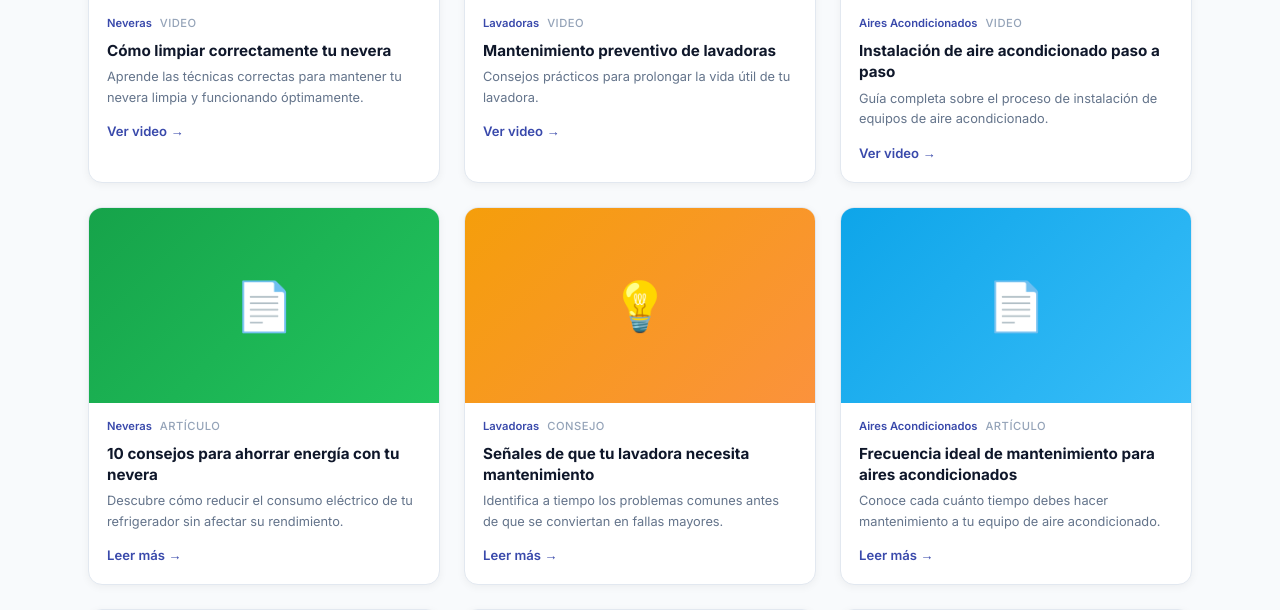
Repository: josuecadena337-hue/serviciotech-larevel-
Page: http://localhost/multimedia
These files come from the project's save history. The page is drawn as it stood at one moment and after a run of saves; the edit follows.
The browser window is 1280 px wide. The pictures show the part of the page from y = 468 to 1078 px (the page is 1809 px tall).
Pictures or frames that could not be fetched are drawn as grey boxes. The page is served by the project's Laravel application, run on PHP 8.4 with Laravel 12. Other server files are loaded and not shown.

Above is the page before, as saved 2026-08-20 12:09:39.

### resources/views/multimedia.blade.php
<!DOCTYPE html>
<html lang="es">
<head>
    <meta charset="UTF-8">
    <meta name="viewport" content="width=device-width, initial-scale=1.0">
    <title>Multimedia — ServicioTech</title>
    <link href="https://fonts.googleapis.com/css2?family=Inter:wght@400;500;600;700;800&display=swap" rel="stylesheet">
    <style>
        * { margin: 0; padding: 0; box-sizing: border-box; }
        body { font-family: 'Inter', sans-serif; color: #1e293b; background: #f8fafc; }

        /* NAVBAR */
        .navbar { background: white; padding: 0 48px; display: flex; align-items: center; justify-content: space-between; height: 64px; border-bottom: 1px solid #e2e8f0; position: sticky; top: 0; z-index: 100; box-shadow: 0 1px 8px rgba(0,0,0,0.06); }
        .navbar-brand { display: flex; align-items: center; gap: 10px; text-decoration: none; }
        .brand-icon { background: #1a237e; color: #f59e0b; width: 36px; height: 36px; border-radius: 8px; display: flex; align-items: center; justify-content: center; font-size: 1.1rem; }
        .brand-text h2 { color: #1a237e; font-size: 1rem; font-weight: 700; line-height: 1.1; }
        .brand-text p  { color: #64748b; font-size: 0.68rem; }
        .navbar-links { display: flex; align-items: center; gap: 32px; list-style: none; }
        .navbar-links a { color: #475569; text-decoration: none; font-size: 0.875rem; font-weight: 500; transition: color 0.2s; }
        .navbar-links a:hover { color: #1a237e; }
        .navbar-links a.active { color: #1a237e; font-weight: 700; }
        .navbar-actions { display: flex; gap: 10px; align-items: center; }
        .btn-login { padding: 8px 20px; border: 1.5px solid #1a237e; border-radius: 8px; color: #1a237e; background: transparent; font-size: 0.8rem; font-weight: 600; text-decoration: none; display: flex; align-items: center; gap: 6px; transition: all 0.2s; }
        .btn-login:hover { background: #eff6ff; }
        .btn-register { padding: 8px 20px; background: #f59e0b; border-radius: 8px; color: white; font-size: 0.8rem; font-weight: 700; text-decoration: none; transition: all 0.2s; }
        .btn-register:hover { background: #d97706; }

        /* CONTENIDO */
        .page-content { padding: 48px; max-width: 1200px; margin: 0 auto; }
        .section-title { text-align: center; margin-bottom: 32px; }
        .section-title h2 { font-size: 2rem; font-weight: 800; color: #0f172a; margin-bottom: 6px; }
        .section-title p  { color: #64748b; font-size: 0.95rem; }

        /* FILTROS */
        .filter-bar { display: flex; align-items: center; gap: 10px; margin-bottom: 32px; flex-wrap: wrap; }
        .filter-bar span { font-size: 0.875rem; font-weight: 600; color: #374151; margin-right: 4px; }
        .pill-btn { padding: 7px 18px; border-radius: 20px; border: 1.5px solid #e2e8f0; background: white; color: #475569; font-size: 0.82rem; font-weight: 500; cursor: pointer; font-family: 'Inter', sans-serif; transition: all 0.2s; }
        .pill-btn:hover { border-color: #3949ab; color: #3949ab; }
        .pill-btn.active { background: #3949ab; color: white; border-color: #3949ab; font-weight: 600; }

        /* GRID */
        .media-grid { display: grid; grid-template-columns: repeat(3, 1fr); gap: 24px; }

        /* VIDEO CARD */
        .media-card { background: white; border-radius: 14px; overflow: hidden; border: 1px solid #e2e8f0; box-shadow: 0 2px 8px rgba(0,0,0,0.05); transition: transform 0.2s, box-shadow 0.2s; }
        .media-card:hover { transform: translateY(-4px); box-shadow: 0 8px 24px rgba(0,0,0,0.1); }
        .media-card.hidden { display: none; }

        /* THUMBNAIL clicable */
        .video-thumb {
            position: relative;
            cursor: pointer;
            overflow: hidden;
            background: #0f172a;
            height: 195px;
        }
        .video-thumb img {
            width: 100%; height: 100%;
            object-fit: cover;
            transition: transform 0.3s;
        }
        .video-thumb:hover img { transform: scale(1.05); }
        .play-overlay {
            position: absolute; inset: 0;
            display: flex; align-items: center; justify-content: center;
            background: rgba(0,0,0,0.3);
            transition: background 0.2s;
        }
        .video-thumb:hover .play-overlay { background: rgba(0,0,0,0.5); }
        .play-btn {
            width: 54px; height: 54px;
            background: white;
            border-radius: 50%;
            display: flex; align-items: center; justify-content: center;
            font-size: 1.2rem;
            box-shadow: 0 4px 16px rgba(0,0,0,0.4);
            transition: transform 0.2s;
        }
        .video-thumb:hover .play-btn { transform: scale(1.1); }
        .duration-badge {
            position: absolute; bottom: 10px; right: 12px;
            background: rgba(0,0,0,0.8);
            color: white; font-size: 0.72rem; font-weight: 600;
            padding: 2px 8px; border-radius: 4px;
        }

        /* ARTICLE THUMB */
        .article-thumb { height: 195px; display: flex; align-items: center; justify-content: center; font-size: 3rem; }

        /* CARD BODY */
        .card-body { padding: 16px 18px 20px; }
        .card-tags { display: flex; gap: 8px; align-items: center; margin-bottom: 10px; }
        .tag-cat { font-size: 0.7rem; font-weight: 600; color: #3949ab; }
        .tag-type { font-size: 0.7rem; font-weight: 500; color: #94a3b8; text-transform: uppercase; letter-spacing: 0.5px; }
        .card-body h3 { font-size: 0.95rem; font-weight: 700; color: #0f172a; margin-bottom: 6px; line-height: 1.4; }
        .card-body p  { font-size: 0.8rem; color: #64748b; line-height: 1.6; margin-bottom: 12px; }
        .card-link { font-size: 0.82rem; font-weight: 600; color: #3949ab; text-decoration: none; cursor: pointer; transition: color 0.2s; background: none; border: none; font-family: 'Inter', sans-serif; padding: 0; }
        .card-link:hover { color: #1a237e; }

        /* MODAL */
        .modal-overlay {
            display: none;
            position: fixed; inset: 0;
            background: rgba(0,0,0,0.85);
            z-index: 1000;
            align-items: center;
            justify-content: center;
        }
        .modal-overlay.open { display: flex; }
        .modal-box {
            background: black;
            border-radius: 12px;
            overflow: hidden;
            width: 90%;
            max-width: 860px;
            position: relative;
        }
        .modal-close {
            position: absolute; top: 12px; right: 16px;
            color: white; font-size: 1.8rem;
            cursor: pointer; z-index: 10;
            background: rgba(0,0,0,0.5);
            border: none; border-radius: 50%;
            width: 36px; height: 36px;
            display: flex; align-items: center; justify-content: center;
            line-height: 1;
            font-family: sans-serif;
        }
        .modal-close:hover { background: rgba(255,255,255,0.2); }
        .modal-iframe {
            width: 100%;
            aspect-ratio: 16/9;
            border: none;
        }

        /* FOOTER */
        footer { background: #1e293b; color: white; padding: 48px 48px 24px; margin-top: 60px; }
        .footer-grid { display: grid; grid-template-columns: 2fr 1fr 1fr; gap: 48px; margin-bottom: 36px; }
        .footer-brand h3 { font-size: 1.1rem; font-weight: 700; margin-bottom: 10px; }
        .footer-brand p  { color: rgba(255,255,255,0.55); font-size: 0.82rem; line-height: 1.7; }
        .footer-col h4   { font-size: 0.9rem; font-weight: 700; margin-bottom: 16px; }
        .footer-col ul   { list-style: none; display: flex; flex-direction: column; gap: 10px; }
        .footer-col ul li { color: rgba(255,255,255,0.6); font-size: 0.82rem; display: flex; align-items: center; gap: 8px; }
        .footer-bottom { border-top: 1px solid rgba(255,255,255,0.1); padding-top: 20px; text-align: center; color: rgba(255,255,255,0.4); font-size: 0.78rem; }
    </style>
</head>
<body>

{{-- NAVBAR --}}
<nav class="navbar">
    <a href="{{ route('inicio') }}" class="navbar-brand">
        <div class="brand-icon">🔧</div>
        <div class="brand-text">
            <h2>ServicioTech</h2>
            <p>Reparación de Electrodomésticos</p>
        </div>
    </a>
    <ul class="navbar-links">
        <li><a href="{{ route('inicio') }}">Inicio</a></li>
        <li><a href="{{ route('servicios') }}">Servicios</a></li>
        <li><a href="{{ route('multimedia') }}" class="active">Multimedia</a></li>
        <li><a href="{{ route('contacto') }}">Contacto</a></li>
    </ul>
    <div class="navbar-actions">
        <a href="{{ route('login') }}" class="btn-login">→ Iniciar Sesión</a>
        <a href="{{ route('registro') }}" class="btn-register">Registrarse</a>
    </div>
</nav>

{{-- MODAL DE VIDEO --}}
<div class="modal-overlay" id="videoModal" onclick="cerrarModal(event)">
    <div class="modal-box">
        <button class="modal-close" onclick="cerrarModalBtn()">✕</button>
        <iframe class="modal-iframe" id="modalIframe" src="" allowfullscreen
            allow="accelerometer; autoplay; clipboard-write; encrypted-media; gyroscope; picture-in-picture">
        </iframe>
    </div>
</div>

{{-- CONTENIDO --}}
<div class="page-content">
    <div class="section-title">
        <h2>Centro de Recursos</h2>
        <p>Videos tutoriales, guías y consejos para el cuidado de tus electrodomésticos</p>
    </div>

    {{-- Filtros --}}
    <div class="filter-bar">
        <span>Filtrar por categoría:</span>
        <button class="pill-btn active" onclick="filtrar('todos', this)">Todos</button>
        <button class="pill-btn" onclick="filtrar('nevera', this)">Neveras</button>
        <button class="pill-btn" onclick="filtrar('lavadora', this)">Lavadoras</button>
        <button class="pill-btn" onclick="filtrar('aire', this)">Aires Acondicionados</button>
        <button class="pill-btn" onclick="filtrar('estufa', this)">Estufas</button>
        <button class="pill-btn" onclick="filtrar('microondas', this)">Microondas</button>
    </div>

    {{-- GRID --}}
    <div class="media-grid">

        {{-- VIDEO 1: Neveras --}}
        <div class="media-card" data-tipo="nevera">
            <div class="video-thumb" onclick="abrirVideo('BFSoJfF8WYY')">
                <img src="https://img.youtube.com/vi/BFSoJfF8WYY/hqdefault.jpg" alt="Cómo limpiar tu nevera">
                <div class="play-overlay">
                    <div class="play-btn">▶</div>
                </div>
                <span class="duration-badge">5:30</span>
            </div>
            <div class="card-body">
                <div class="card-tags"><span class="tag-cat">Neveras</span><span class="tag-type">VIDEO</span></div>
                <h3>Cómo limpiar correctamente tu nevera</h3>
                <p>Aprende las técnicas correctas para mantener tu nevera limpia y funcionando óptimamente.</p>
                <button class="card-link" onclick="abrirVideo('BFSoJfF8WYY')">Ver video →</button>
            </div>
        </div>

        {{-- VIDEO 2: Lavadoras --}}
        <div class="media-card" data-tipo="lavadora">
            <div class="video-thumb" onclick="abrirVideo('oRCVL6YcU3s')">
                <img src="https://img.youtube.com/vi/oRCVL6YcU3s/hqdefault.jpg" alt="Mantenimiento lavadora">
                <div class="play-overlay">
                    <div class="play-btn">▶</div>
                </div>
                <span class="duration-badge">7:15</span>
            </div>
            <div class="card-body">
                <div class="card-tags"><span class="tag-cat">Lavadoras</span><span class="tag-type">VIDEO</span></div>
                <h3>Mantenimiento preventivo de lavadoras</h3>
                <p>Consejos prácticos para prolongar la vida útil de tu lavadora.</p>
                <button class="card-link" onclick="abrirVideo('oRCVL6YcU3s')">Ver video →</button>
            </div>
        </div>

        {{-- VIDEO 3: Aires --}}
        <div class="media-card" data-tipo="aire">
            <div class="video-thumb" onclick="abrirVideo('hmPGMFMfGUw')">
                <img src="https://img.youtube.com/vi/hmPGMFMfGUw/hqdefault.jpg" alt="Instalación aire acondicionado">
                <div class="play-overlay">
                    <div class="play-btn">▶</div>
                </div>
                <span class="duration-badge">10:45</span>
            </div>
            <div class="card-body">
                <div class="card-tags"><span class="tag-cat">Aires Acondicionados</span><span class="tag-type">VIDEO</span></div>
                <h3>Instalación de aire acondicionado paso a paso</h3>
                <p>Guía completa sobre el proceso de instalación de equipos de aire acondicionado.</p>
                <button class="card-link" onclick="abrirVideo('hmPGMFMfGUw')">Ver video →</button>
            </div>
        </div>

        {{-- ARTÍCULO: Neveras --}}
        <div class="media-card" data-tipo="nevera">
            <div class="article-thumb" style="background: linear-gradient(135deg, #16a34a, #22c55e);">📄</div>
            <div class="card-body">
                <div class="card-tags"><span class="tag-cat">Neveras</span><span class="tag-type">ARTÍCULO</span></div>
                <h3>10 consejos para ahorrar energía con tu nevera</h3>
                <p>Descubre cómo reducir el consumo eléctrico de tu refrigerador sin afectar su rendimiento.</p>
                <a href="#" class="card-link">Leer más →</a>
            </div>
        </div>

        {{-- CONSEJO: Lavadoras --}}
        <div class="media-card" data-tipo="lavadora">
            <div class="article-thumb" style="background: linear-gradient(135deg, #f59e0b, #fb923c);">💡</div>
            <div class="card-body">
                <div class="card-tags"><span class="tag-cat">Lavadoras</span><span class="tag-type">CONSEJO</span></div>
                <h3>Señales de que tu lavadora necesita mantenimiento</h3>
                <p>Identifica a tiempo los problemas comunes antes de que se conviertan en fallas mayores.</p>
                <a href="#" class="card-link">Leer más →</a>
            </div>
        </div>

        {{-- ARTÍCULO: Aires --}}
        <div class="media-card" data-tipo="aire">
            <div class="article-thumb" style="background: linear-gradient(135deg, #0ea5e9, #38bdf8);">📄</div>
            <div class="card-body">
                <div class="card-tags"><span class="tag-cat">Aires Acondicionados</span><span class="tag-type">ARTÍCULO</span></div>
                <h3>Frecuencia ideal de mantenimiento para aires acondicionados</h3>
                <p>Conoce cada cuánto tiempo debes hacer mantenimiento a tu equipo de aire acondicionado.</p>
                <a href="#" class="card-link">Leer más →</a>
            </div>
        </div>

        {{-- VIDEO 4: Estufas --}}
        <div class="media-card" data-tipo="estufa">
            <div class="video-thumb" onclick="abrirVideo('6EMhqQcJBJE')">
                <img src="https://img.youtube.com/vi/6EMhqQcJBJE/hqdefault.jpg" alt="Limpieza estufa">
                <div class="play-overlay">
                    <div class="play-btn">▶</div>
                </div>
                <span class="duration-badge">6:20</span>
            </div>
            <div class="card-body">
                <div class="card-tags"><span class="tag-cat">Estufas</span><span class="tag-type">VIDEO</span></div>
                <h3>Cómo limpiar los quemadores de tu estufa</h3>
                <p>Paso a paso para dejar los quemadores de tu estufa como nuevos.</p>
                <button class="card-link" onclick="abrirVideo('6EMhqQcJBJE')">Ver video →</button>
            </div>
        </div>

        {{-- CONSEJO: Estufas --}}
        <div class="media-card" data-tipo="estufa">
            <div class="article-thumb" style="background: linear-gradient(135deg, #ef4444, #f97316);">💡</div>
            <div class="card-body">
                <div class="card-tags"><span class="tag-cat">Estufas</span><span class="tag-type">CONSEJO</span></div>
                <h3>¿Tu estufa huele a gas? Esto debes hacer</h3>
                <p>Aprende qué hacer ante una posible fuga de gas en tu hogar de manera segura.</p>
                <a href="#" class="card-link">Leer más →</a>
            </div>
        </div>

        {{-- VIDEO 5: Microondas --}}
        <div class="media-card" data-tipo="microondas">
            <div class="video-thumb" onclick="abrirVideo('XPAN_4VNFpA')">
                <img src="https://img.youtube.com/vi/XPAN_4VNFpA/hqdefault.jpg" alt="Limpieza microondas">
                <div class="play-overlay">
                    <div class="play-btn">▶</div>
                </div>
                <span class="duration-badge">4:50</span>
            </div>
            <div class="card-body">
                <div class="card-tags"><span class="tag-cat">Microondas</span><span class="tag-type">VIDEO</span></div>
                <h3>Limpieza profunda de microondas en 5 minutos</h3>
                <p>Técnicas rápidas y efectivas para mantener tu microondas impecable.</p>
                <button class="card-link" onclick="abrirVideo('XPAN_4VNFpA')">Ver video →</button>
            </div>
        </div>

    </div>
</div>

{{-- FOOTER --}}
<footer>
    <div class="footer-grid">
        <div class="footer-brand">
            <h3>ServicioTech</h3>
            <p>Especialistas en reparación y mantenimiento de electrodomésticos. Servicio profesional y garantizado.</p>
        </div>
        <div class="footer-col">
            <h4>Contacto</h4>
            <ul>
                <li>📞 +57 300 123 4567</li>
                <li>✉️ info@serviciotech.com</li>
                <li>📍 Bogotá, Colombia</li>
            </ul>
        </div>
        <div class="footer-col">
            <h4>Síguenos</h4>
            <div style="display:flex; gap:16px; margin-top:4px;">
                <a href="#" style="color:rgba(255,255,255,0.6); text-decoration:none; font-size:1.1rem;">f</a>
                <a href="#" style="color:rgba(255,255,255,0.6); text-decoration:none; font-size:1.1rem;">ig</a>
                <a href="#" style="color:rgba(255,255,255,0.6); text-decoration:none; font-size:1.1rem;">tw</a>
            </div>
        </div>
    </div>
    <div class="footer-bottom">
        <p>© {{ date('Y') }} ServicioTech. Todos los derechos reservados.</p>
    </div>
</footer>

<script>
    // Abrir modal con el video
    function abrirVideo(videoId) {
        const modal = document.getElementById('videoModal');
        const iframe = document.getElementById('modalIframe');
        iframe.src = `https://www.youtube.com/embed/${videoId}?autoplay=1&rel=0`;
        modal.classList.add('open');
        document.body.style.overflow = 'hidden';
    }

    // Cerrar al hacer clic fuera del video
    function cerrarModal(e) {
        if (e.target === document.getElementById('videoModal')) cerrarModalBtn();
    }

    // Cerrar con el botón X
    function cerrarModalBtn() {
        const modal = document.getElementById('videoModal');
        const iframe = document.getElementById('modalIframe');
        modal.classList.remove('open');
        iframe.src = ''; // detiene el video
        document.body.style.overflow = '';
    }

    // Cerrar con tecla Escape
    document.addEventListener('keydown', e => { if (e.key === 'Escape') cerrarModalBtn(); });

    // Filtros
    function filtrar(tipo, btn) {
        document.querySelectorAll('.pill-btn').forEach(b => b.classList.remove('active'));
        btn.classList.add('active');
        document.querySelectorAll('.media-card').forEach(card => {
            card.classList.toggle('hidden', tipo !== 'todos' && card.dataset.tipo !== tipo);
        });
    }
</script>
</body>
</html>

Loaded but not shown: routes/web.php (common file)

After the next 2 saves:
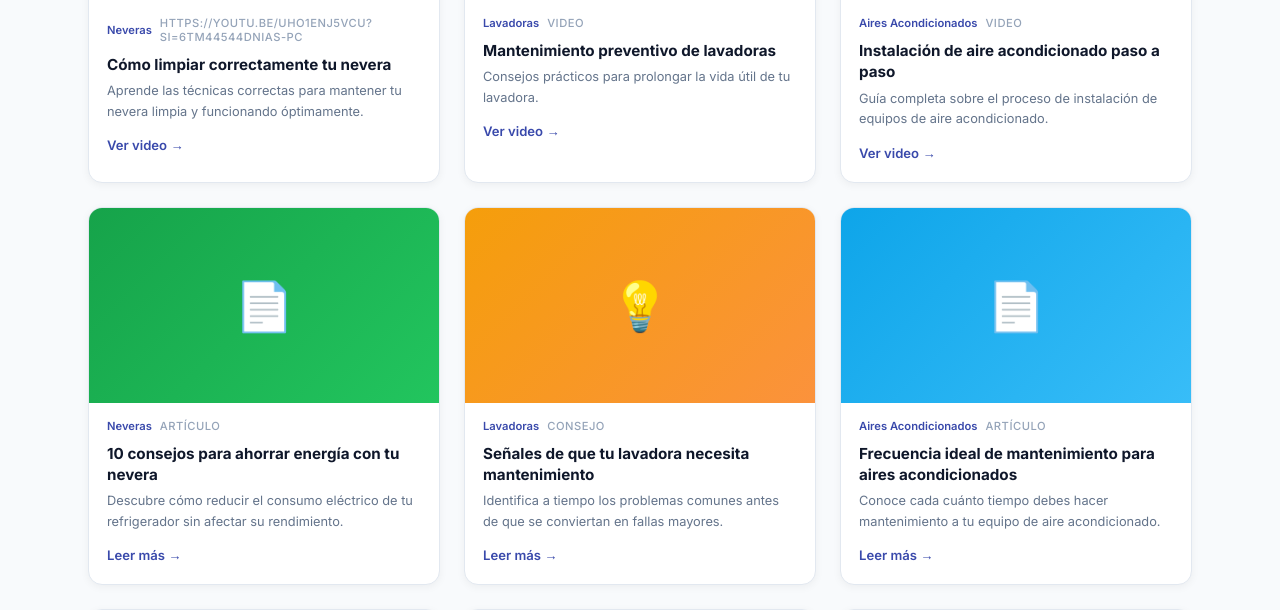
The 2 saves are shown as one change because they came seconds apart.
The last was saved 16 s later.
--- a/resources/views/multimedia.blade.php
+++ b/resources/views/multimedia.blade.php
@@ -208,7 +208,7 @@
                 <span class="duration-badge">5:30</span>
             </div>
             <div class="card-body">
-                <div class="card-tags"><span class="tag-cat">Neveras</span><span class="tag-type">VIDEO</span></div>
+                <div class="card-tags"><span class="tag-cat">Neveras</span><span class="tag-type">https://youtu.be/UhO1Enj5vCU?si=6tm44544DNIas-PC</span></div>
                 <h3>Cómo limpiar correctamente tu nevera</h3>
                 <p>Aprende las técnicas correctas para mantener tu nevera limpia y funcionando óptimamente.</p>
                 <button class="card-link" onclick="abrirVideo('BFSoJfF8WYY')">Ver video →</button>
